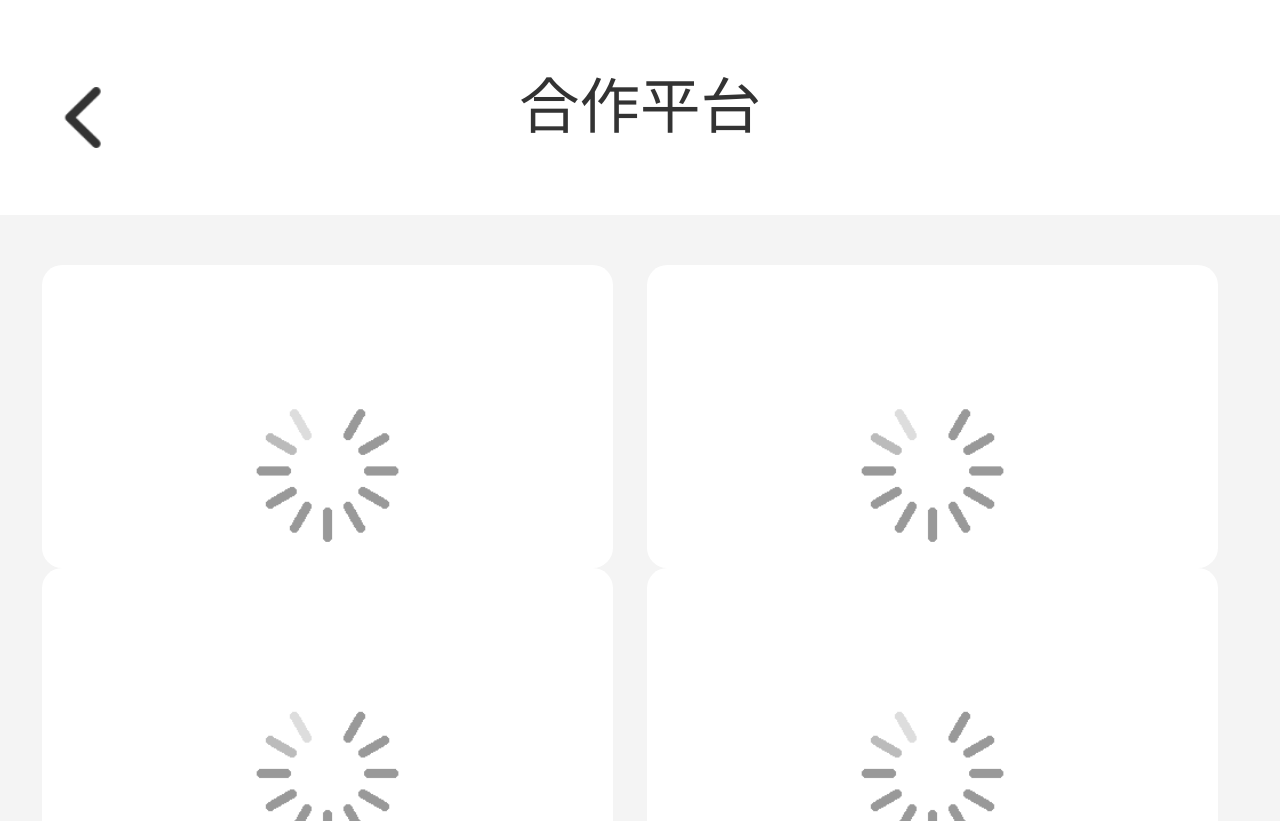
Repository: GgoodBoy/js-object
Page: jquery懒加载/platObj/platForm.html
An editor plug-in stored every save of this project. The page is shown before and after the next save, followed by the edit.
The browser window is 1280 px wide. The pictures show the whole page.
An inner scrolling area shows only its first screen. Some web libraries are served in a nearby version.

Above is the page before, as saved 2019-10-15 15:56:28.

### jquery懒加载/platObj/platForm.html
<!DOCTYPE html PUBLIC "-//WAPFORUM//DTD XHTML Mobile 1.0//EN" "http://www.wapforum.org/DTD/xhtml-mobile10.dtd">
<html>
<head>
  <meta charset="utf-8">
  <meta name="viewport" content="width=device-width,initial-scale=1.0,maximum-scale=1.0,minimum=1.0,user-scalable=no">
  <meta name="format-detection" content="telephone=no, email=no">
  <meta name="apple-mobile-web-app-capable" content="yes">
  <meta http-equiv="Content-Security-Policy" content="script-src 'self' *.alicdn.com *.qq.com *.wx.qq.com *.7moor.com * *.youfushuyuan.com *.xueguoxue.com *.sohu.com 'unsafe-inline' 'unsafe-eval'">

</head>

<body>
  <div id="platFormId">
    <div class="titleNav">
        <img class="imgInf" src="./img/returnImg.png"/>
        合作平台
    </div>
    <div class="platList">
        <ul></ul>
    </div>
  </div>
</body>
<script src="http://libs.baidu.com/jquery/2.0.0/jquery.min.js"></script>
<script>
!(function(doc, win) {
    var docEle = doc.documentElement,
        evt = "onorientationchange" in window ? "orientationchange" : "resize",
        fn = function() {
            var width = docEle.clientWidth;
            width && (docEle.style.fontSize = Math.ceil(42 * (width / 320)) + "px");
        };
    win.addEventListener(evt, fn, false);
    doc.addEventListener("DOMContentLoaded", fn, false);

}(document, window));
</script>
<script>
    $(function(){
        $(".imgInf").click(function(){
            window.history.back(-1);
        });


        var JSON = [1,2,3,4,5,5,6,77,,8,9,2,3,4,5,5,6,77,,8,9,2,3,4,5,5,6,77,,8,9];
        var parentsDom = $(".platList ul");
        var imgListAjax = ()=>{
            $.each(JSON,function(index,data){
                parentsDom.append(`
                <li>
                    <img data-original="${data}" src="./img/longs.gif" />
                </li>
                `)
            });
        }
        imgListAjax();
    });
</script>
<style>
html{
    -ms-text-size-adjust: 100%;
    -webkit-text-size-adjust: 100%;
    background: 0 0;
    color: #000;
    -moz-user-select: none;
    -khtml-user-select: none;
    user-select: none;
    width: 100%;
    height: 100%;
}
body{
    width: 100%;
    height: 100%;
    margin: 0;
}
#platFormId{
    background: #F4F4F4;
    overflow: hidden;
}
#platFormId .titleNav{
    text-align: center;
    width: 100%;
    height: 1.28rem;
    font-size: 0.36rem;
    line-height: 1.28rem;
    color: #333333;
    background: #fff;
    position: relative;
}
#platFormId .titleNav .imgInf{
    position: absolute;
    left: 0.3rem;
    width: 0.36rem;
    bottom: 0.4rem;
}
#platFormId .platList{
    height: calc(100vh - 0.98rem);
    overflow: scroll;
    margin-top: 0.3rem;
    padding:0 0.25rem;
}
#platFormId .platList ul{
    zoom: 1;
    overflow: inherit;
    margin: 0;
    padding: 0;
    box-sizing: border-box;
}
#platFormId .platList ul li{
    float: left;
    list-style: none;
    width: 3.4rem;
    height: 1.8rem;
    border-radius: 0.12rem;
    overflow: hidden;
}
#platFormId .platList ul li:nth-child(even){
    margin-left: 0.2rem;
}
#platFormId .platList ul li img{
    width: 100%;
}
</style>
</html>

After the next save:
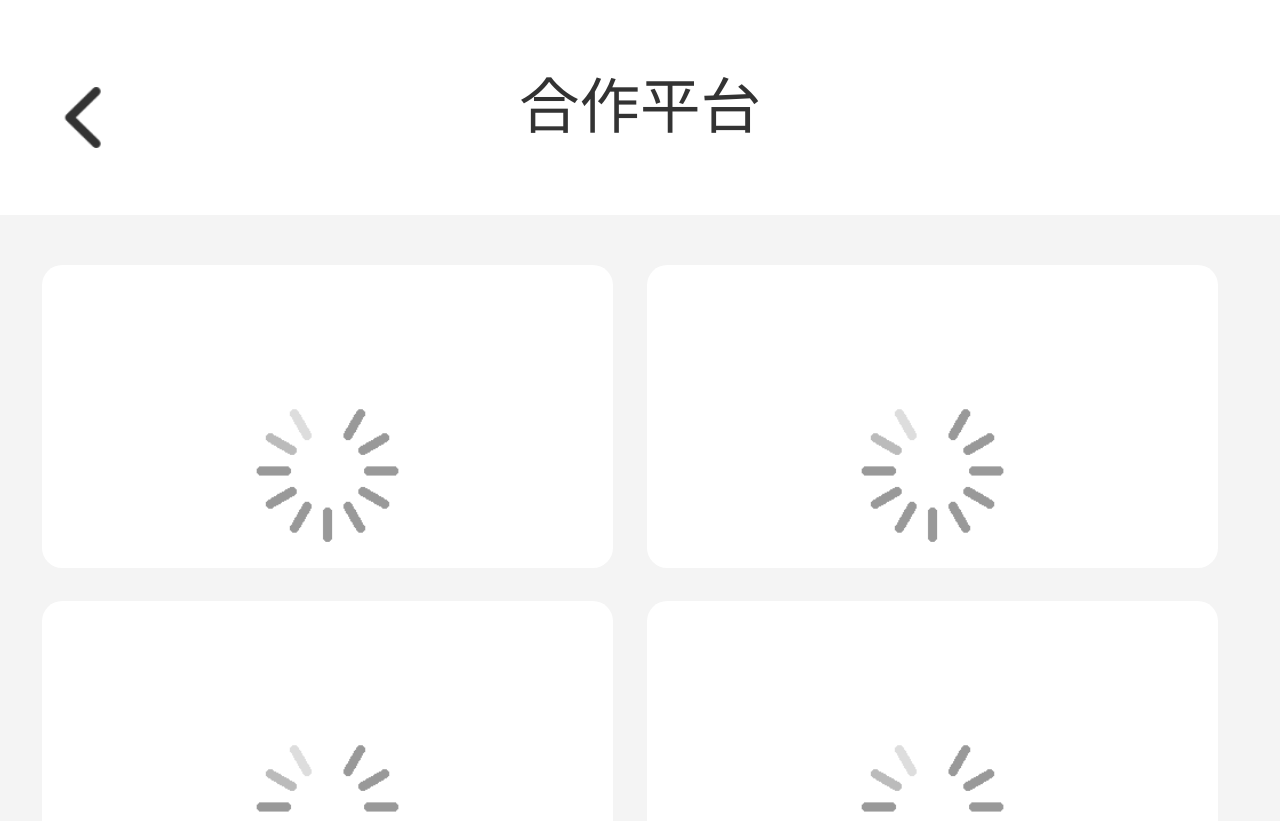
Saved 39 s later.
--- a/jquery懒加载/platObj/platForm.html
+++ b/jquery懒加载/platObj/platForm.html
@@ -112,6 +112,7 @@
     height: 1.8rem;
     border-radius: 0.12rem;
     overflow: hidden;
+    margin-bottom: 0.2rem;
 }
 #platFormId .platList ul li:nth-child(even){
     margin-left: 0.2rem;
